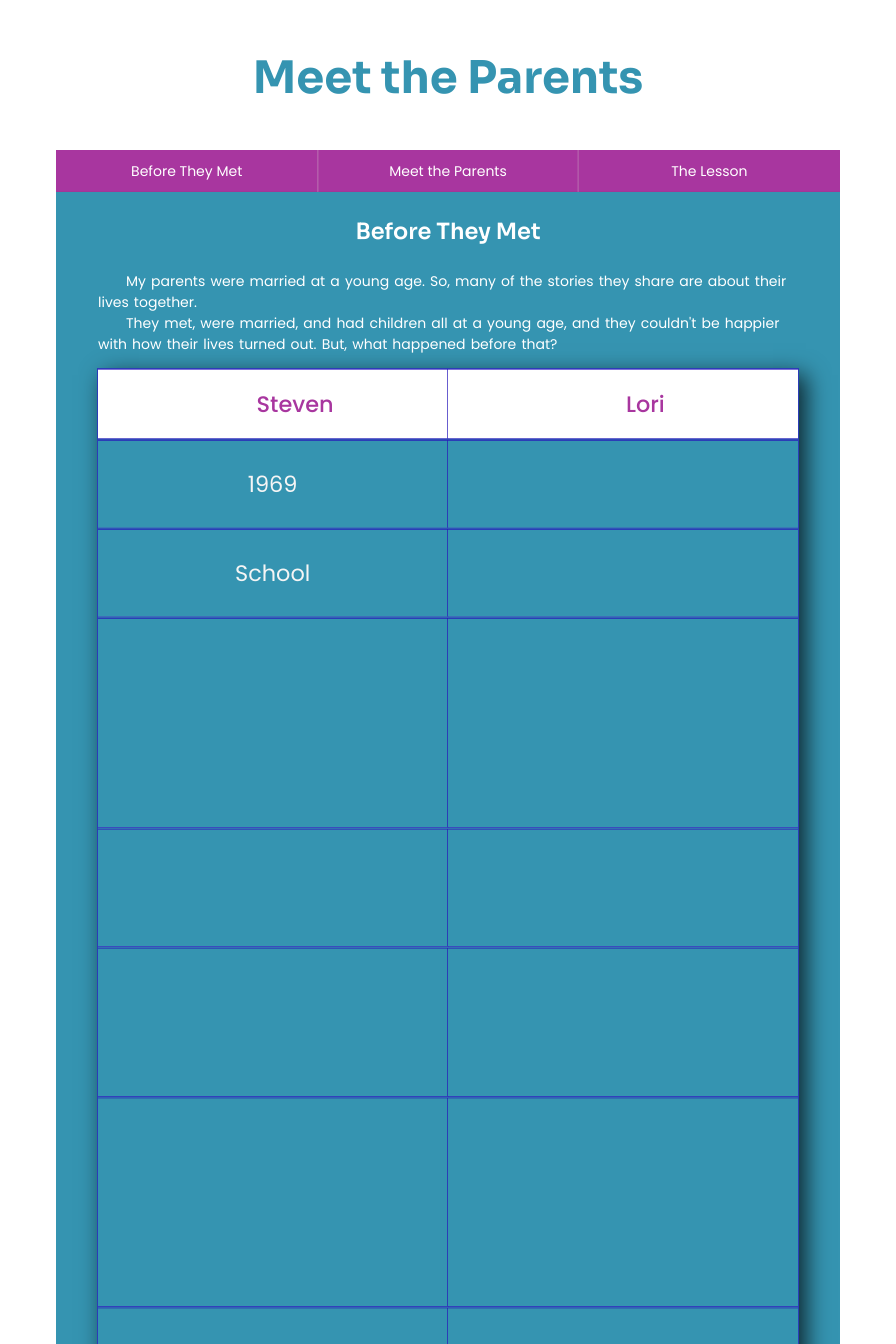
Repository: Sbethm/parents-tribute
Page: timeline.html
An editor plug-in stored every save of this project. The page is shown before and after the next save, followed by the edit.
The browser window is 1280 px wide. The pictures show the part of the page from y = 0 to 1920 px (the page is 3548 px tall before and 3588 px after), at 70% of full size.

Above is the page before, as saved 2021-02-24 13:57:54.

After the next save:
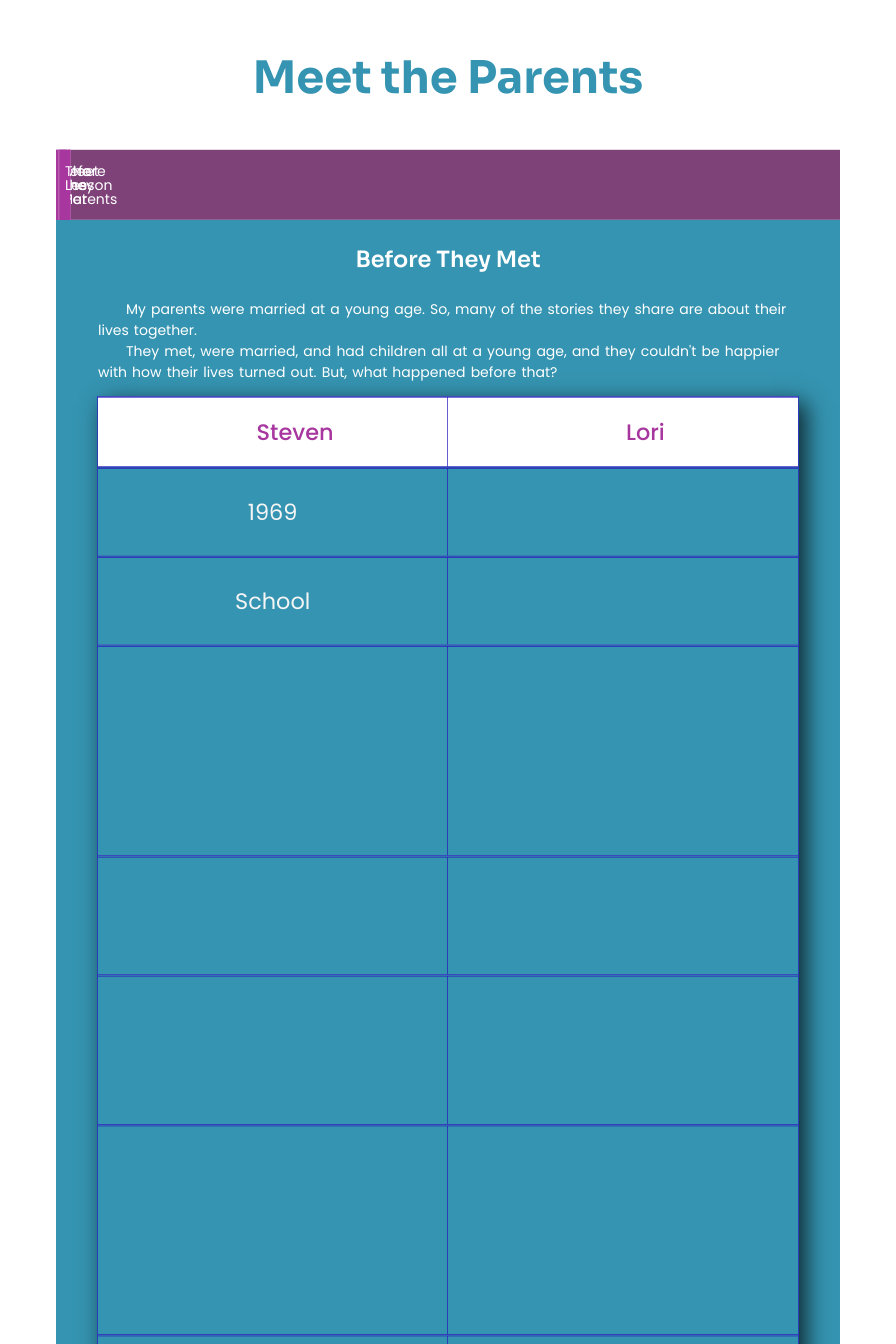
Saved 2 min 52 s later.
--- a/style.css
+++ b/style.css
@@ -133,6 +133,8 @@
     text-align: center;
     padding-bottom: 30px;
 }
+
+na
 
 .navigation {
     max-width: 100vw;

After the 2 saves that followed:
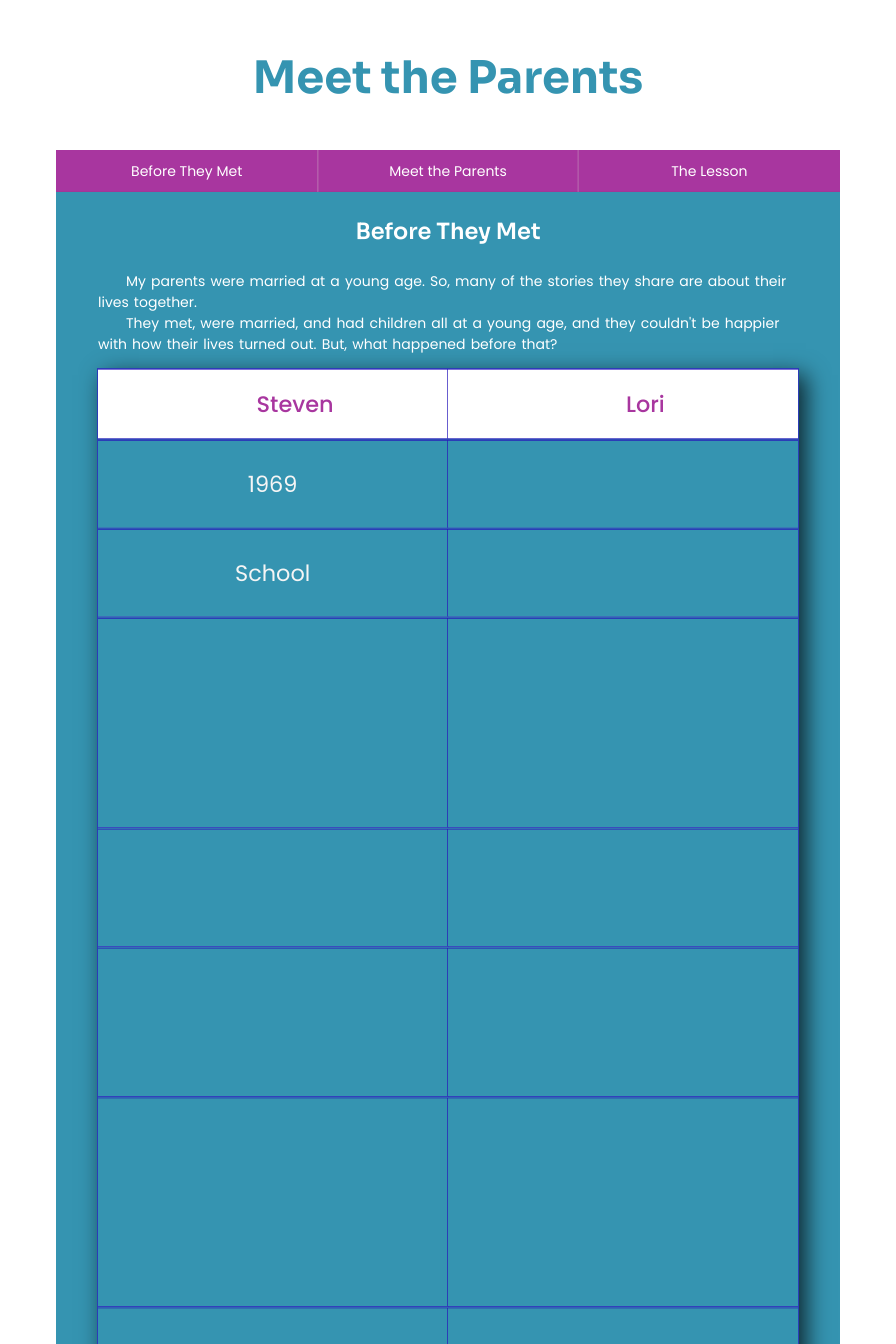
The 2 saves are shown as one change because they came seconds apart.
The last was saved 20 s later.
--- a/style.css
+++ b/style.css
@@ -134,7 +134,9 @@
     padding-bottom: 30px;
 }
 
-na
+nav {
+
+}
 
 .navigation {
     max-width: 100vw;
